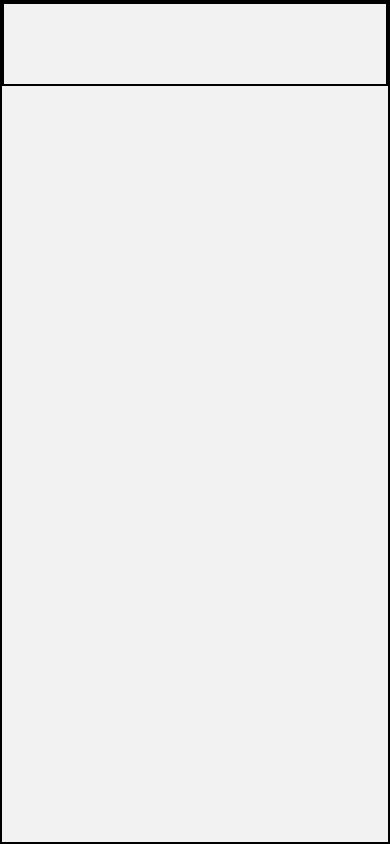
Repository: kgayathridevi/pregband
Screen: /
An editor plug-in stored every save of this project. The screen is shown before and after the next save, followed by the edit.
The app was drawn by React Native's web renderer in a window 390 px wide. The project was rebuilt for these pictures with package versions that can differ from the ones it lists, and the page was loaded fresh each time. Also part of the build but not shown: component/SignUpScreen.jsx, component/Home.jsx.

Above is the screen before, as saved 2023-04-28 13:04:45.

After the next save:
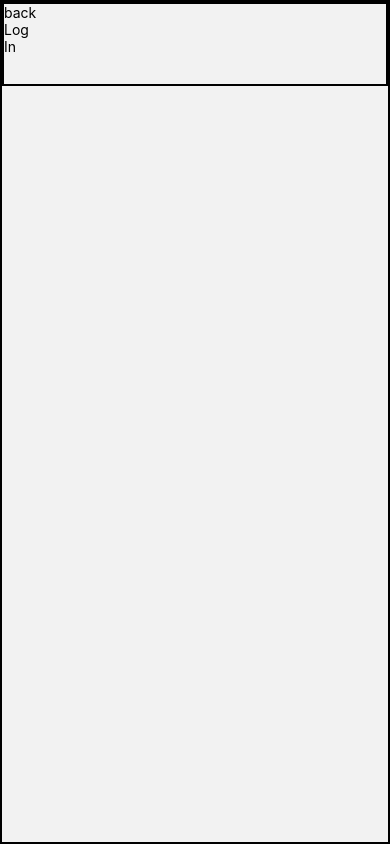
Saved 69 s later.
--- a/component/LogInScreen.jsx
+++ b/component/LogInScreen.jsx
@@ -12,7 +12,15 @@ import { SafeAreaView } from "react-native-safe-area-context";
 const LogInScreen = ({ navigation }) => {
   return (
     <SafeAreaView style={styles.container}>
-      <View style={styles.headerContainer}></View>
+      <View style={styles.headerContainer}>
+        <View>
+          <Text>back</Text>
+        </View>
+        <View>
+          <Text>Log</Text>
+          <Text>In</Text>
+        </View>
+      </View>
       <View></View>
     </SafeAreaView>
   );
